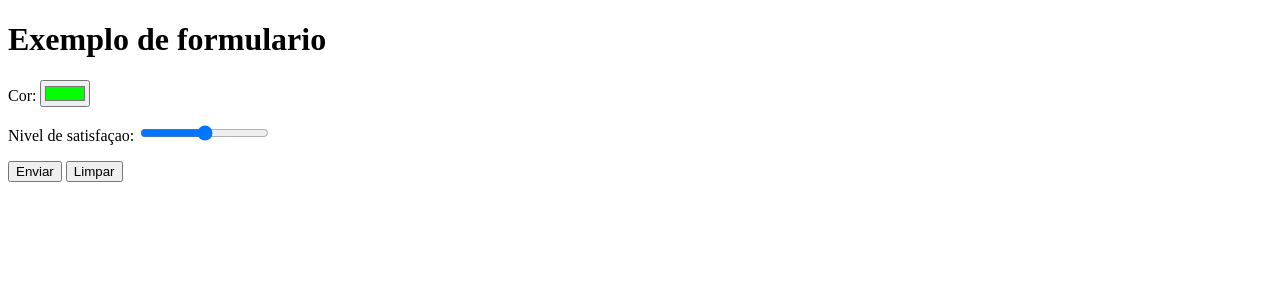
Repository: Lucianorodriguesdev/cursoHTML-CSS
Page: ex025/form006.html
These files come from the project's save history. The page is drawn as it stood at one moment and after the next save; the edit follows.
The browser window is 1280 px wide. The pictures show the whole page.

Above is the page before, as saved 2026-07-10 12:29:47.

After the next save:
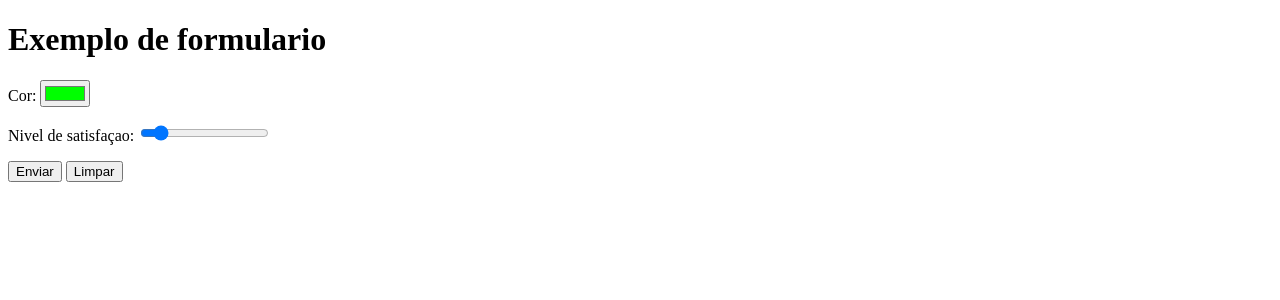
Saved 91 s later.
--- a/ex025/form006.html
+++ b/ex025/form006.html
@@ -14,7 +14,7 @@
         </p>
         <p>
             <label for="inivel">Nivel de satisfaçao:</label>
-            <input type="range" name="nivel" id="inivel">
+            <input type="range" name="nivel" id="inivel" min="1" max="10" value="2">
         </p>
         <p>
             <input type="submit" value="Enviar">
